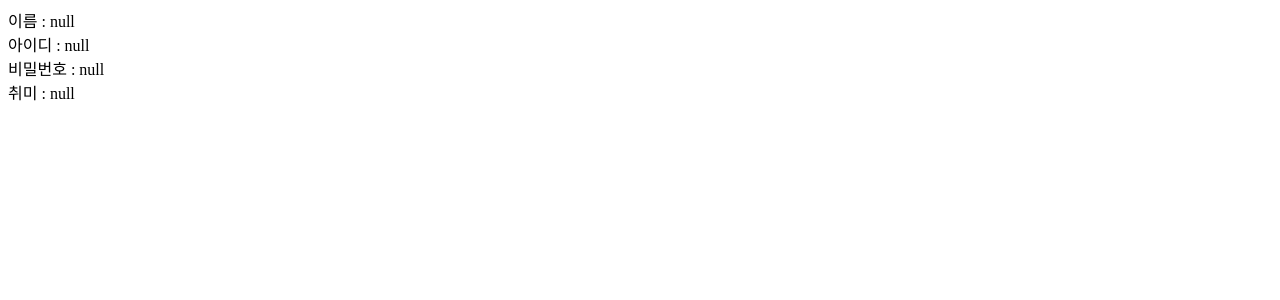
Repository: Kanghanna/One-Pick
Page: http://localhost/StartJSP/servletProc
The author's editor kept a copy of each file at every save. The page is drawn from the files as they stood at one save, then again after the next save.
The browser window is 1280 px wide. The pictures show the whole page.
The page is served by Tomcat 9. Other server files are loaded and not shown.

Above is the page before, as saved 2019-03-29 01:59:58.

### StartJSP/src/servletProc.java


import java.io.IOException;
import java.io.PrintWriter;
import java.util.Arrays;

import javax.servlet.ServletException;
import javax.servlet.annotation.WebServlet;
import javax.servlet.http.HttpServlet;
import javax.servlet.http.HttpServletRequest;
import javax.servlet.http.HttpServletResponse;


@WebServlet("/servletProc")
public class servletProc extends HttpServlet {
	private static final long serialVersionUID = 1L;



	protected void doGet(HttpServletRequest request, HttpServletResponse response) throws ServletException, IOException {
//		System.out.println("doGet");
		doPost(request, response);
	}


	protected void doPost(HttpServletRequest request, HttpServletResponse response) throws ServletException, IOException {

		request.setCharacterEncoding("UTF-8");
		response.setContentType("text/html; charset = UTF-8");

		String name = request.getParameter("name");
		String id = request.getParameter("id");
		String pw = request.getParameter("pw");
		String hobby[] = request.getParameterValues("hobby");
		String major[] = request.getParameterValues("major");

		PrintWriter out = response.getWriter(); //사용자의 웹브라우저에 출력
		out.println("<html><head><title>서블릿 연습</title></head>");
		out.println("<body>");
		out.println("이름 : " + name + "<br>");
		out.println("아이디 : " + id + "<br>");
		out.println("비밀번호 : " + pw + "<br>");
		out.println("취미 : " + Arrays.toString(hobby) + "<br>");
		out.println("</html>");
	}

}

After the next save:
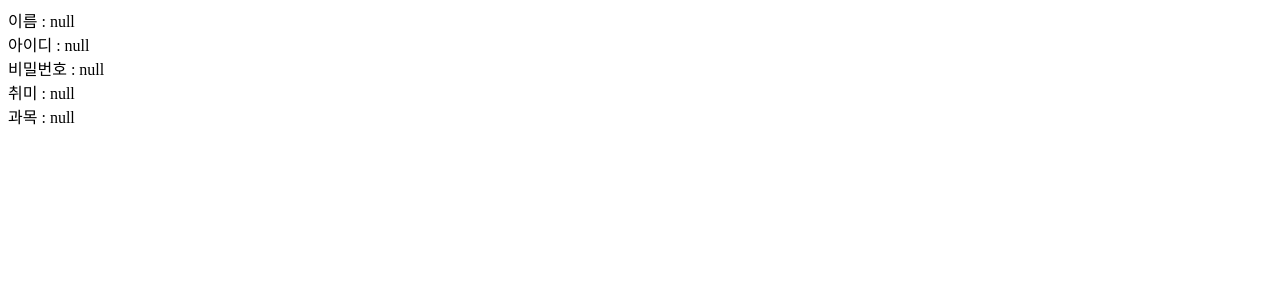
Saved 17 s later.
--- a/StartJSP/src/servletProc.java
+++ b/StartJSP/src/servletProc.java
@@ -41,6 +41,7 @@ public class servletProc extends HttpServlet {
 		out.println("아이디 : " + id + "<br>");
 		out.println("비밀번호 : " + pw + "<br>");
 		out.println("취미 : " + Arrays.toString(hobby) + "<br>");
+		out.println("과목 : " + major + "<br>");
 		out.println("</html>");
 	}
 
